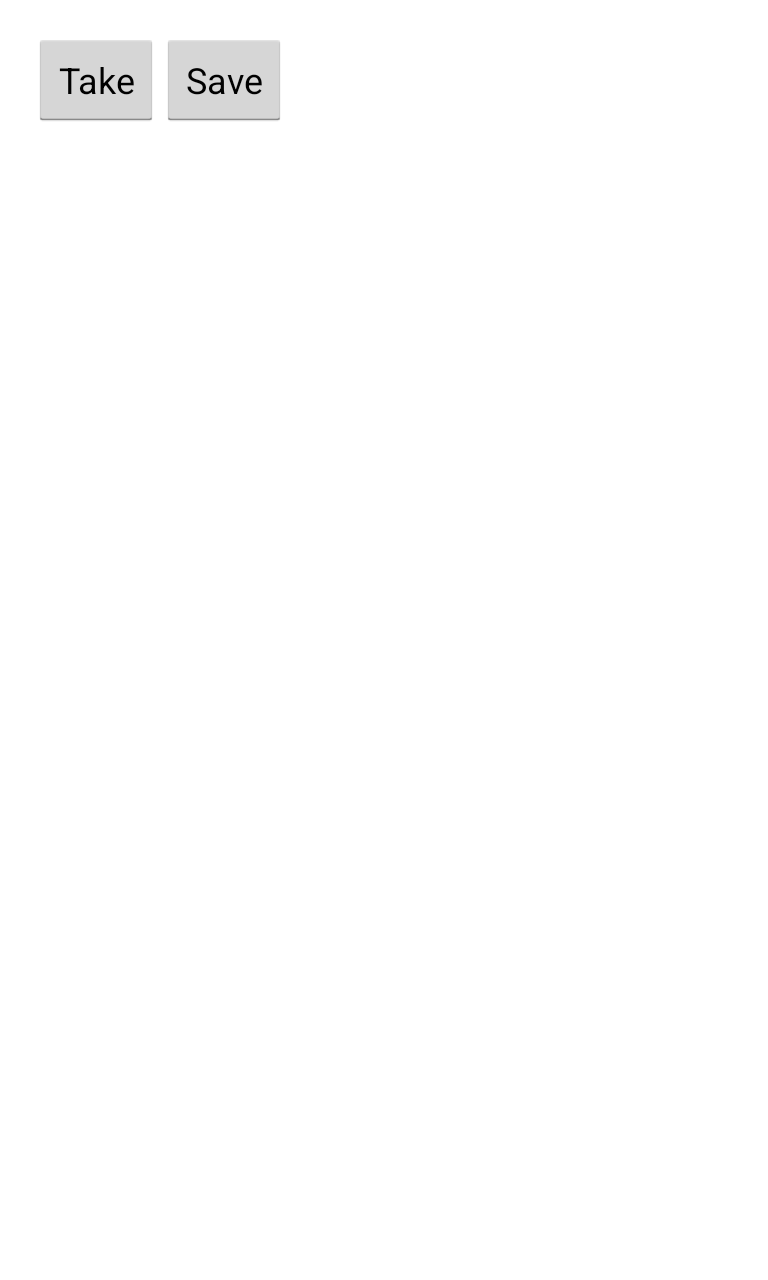
Repository: jellydiamonds/Proto
Layout: Android/Camera/res/layout/activity_main.xml
An editor plug-in stored every save of this project. The layout is shown before and after the next save, followed by the edit.
It is drawn on a 768 x 1280 px phone screen (xhdpi) without system bars, with theme AppTheme; the app's code is not run.

Above is the layout before, as saved 2014-03-20 15:57:01.

After the next save:
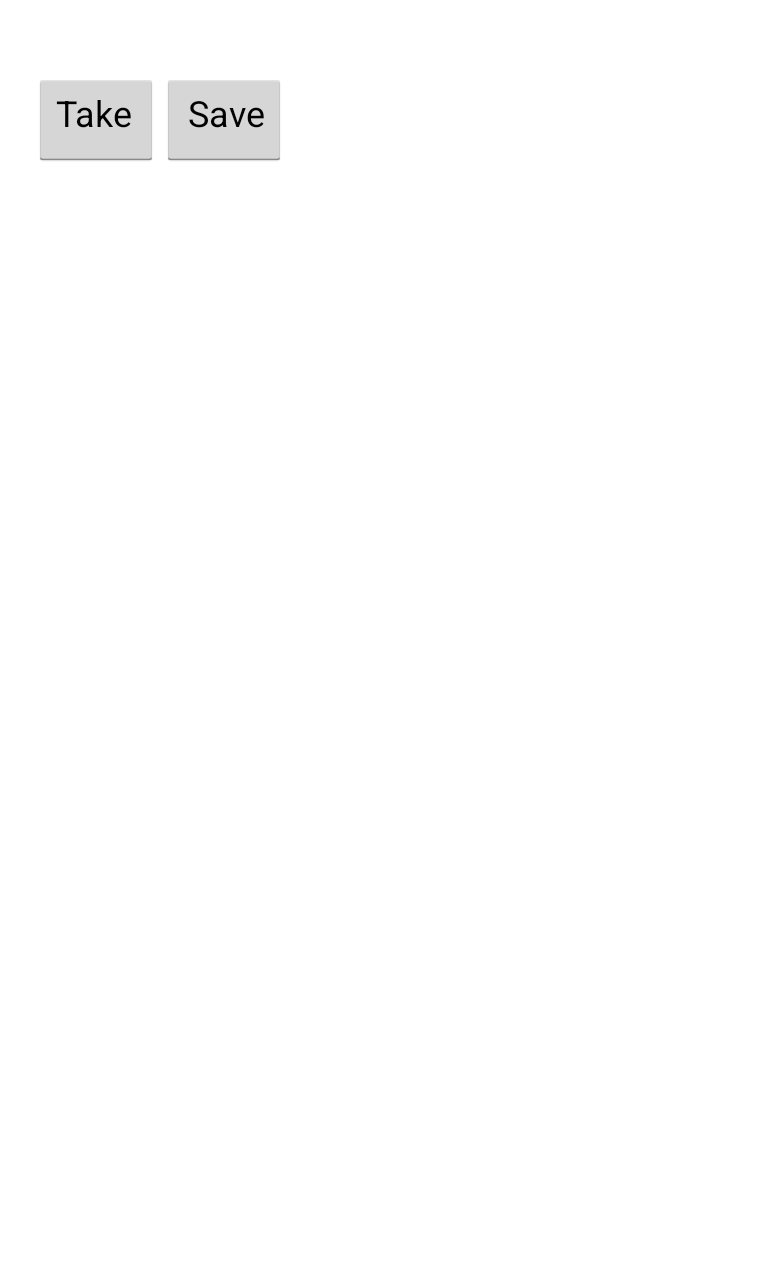
Saved 15 s later.
--- a/Android/Camera/res/layout/activity_main.xml
+++ b/Android/Camera/res/layout/activity_main.xml
@@ -21,7 +21,7 @@
             	android:layout_width="wrap_content"
             	android:layout_height="wrap_content"
             	android:layout_marginTop="20dp"
-            	android:layout_gravity="left"
+            	android:gravity="left"
             	android:text="Take" />
 
         	<Button
@@ -29,7 +29,7 @@
             	android:layout_width="wrap_content"
             	android:layout_height="wrap_content"
             	android:layout_marginTop="20dp"
-            	android:layout_gravity="right"
+            	android:gravity="right"
             	android:text="Save"/>
 
         </LinearLayout>
